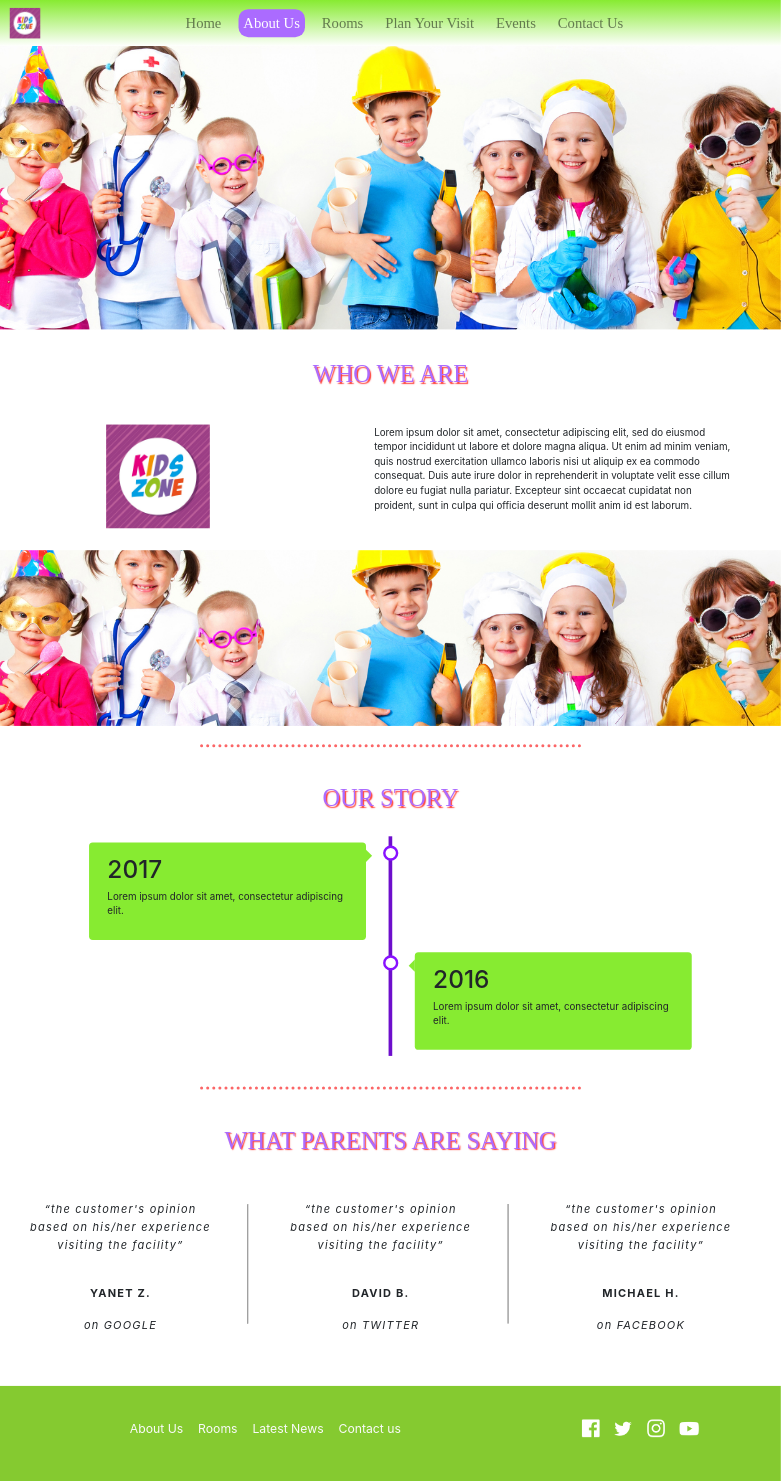
Repository: Code-Institute-Submissions/my-first-frontend-milestone-project
Page: about.html
The author's editor kept a record of every edit. The page is drawn from the files as they stood at one moment, then again after the next edit.
The browser window is 1280 px wide. The pictures show the whole page, at 61% of full size.
Some web fonts or font styles are not loaded; a fallback is used.

Above is the page before.

After the next edit:
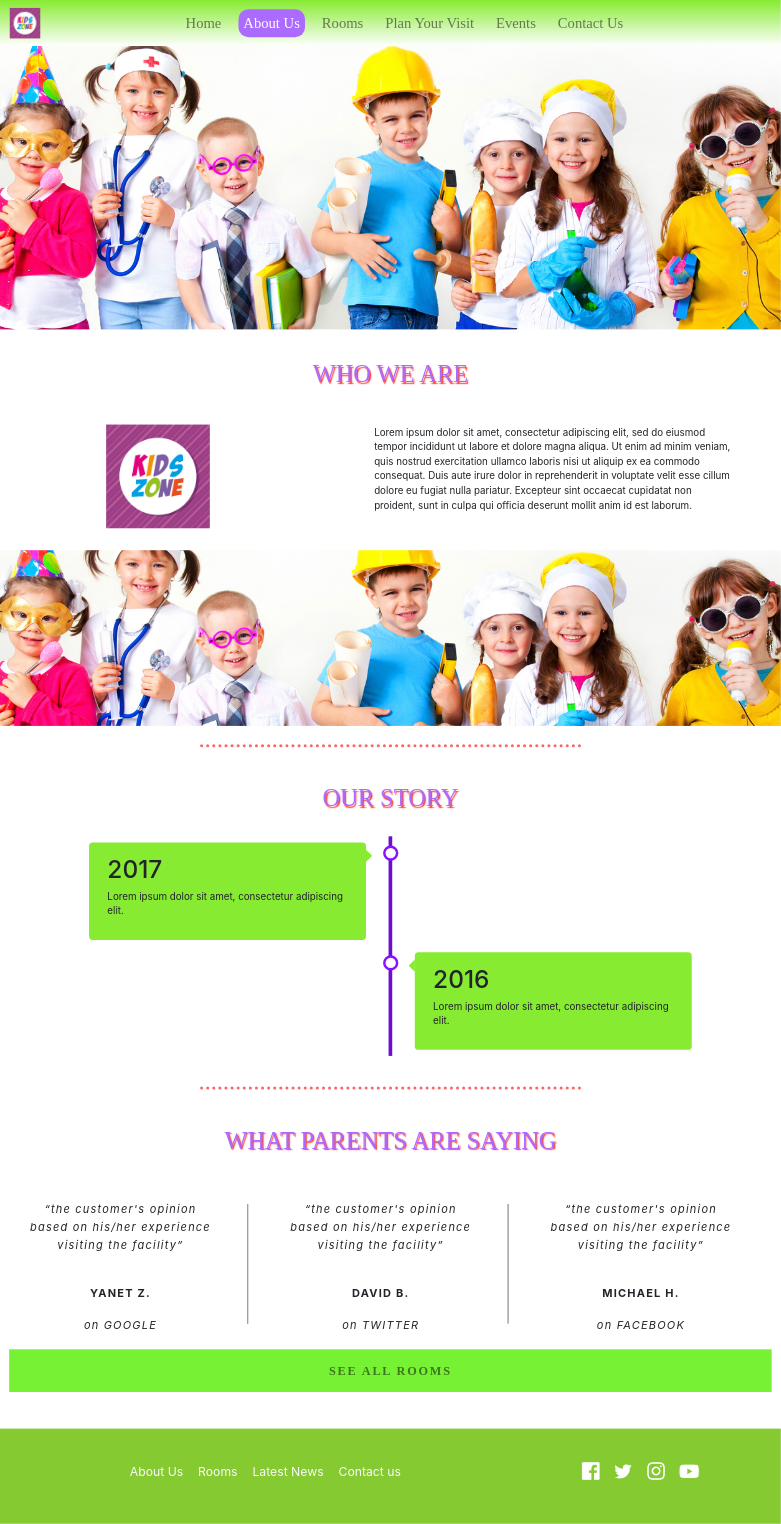
The edit:
--- a/about.html
+++ b/about.html
@@ -146,6 +146,9 @@
                     </div>
                 </div>
             </div>
+            <div>
+            <a class="gallery-btn" href="rooms.html">See All Rooms</a>
+        </div>
         </div>
         <!-- container fluid -->
     </section>
